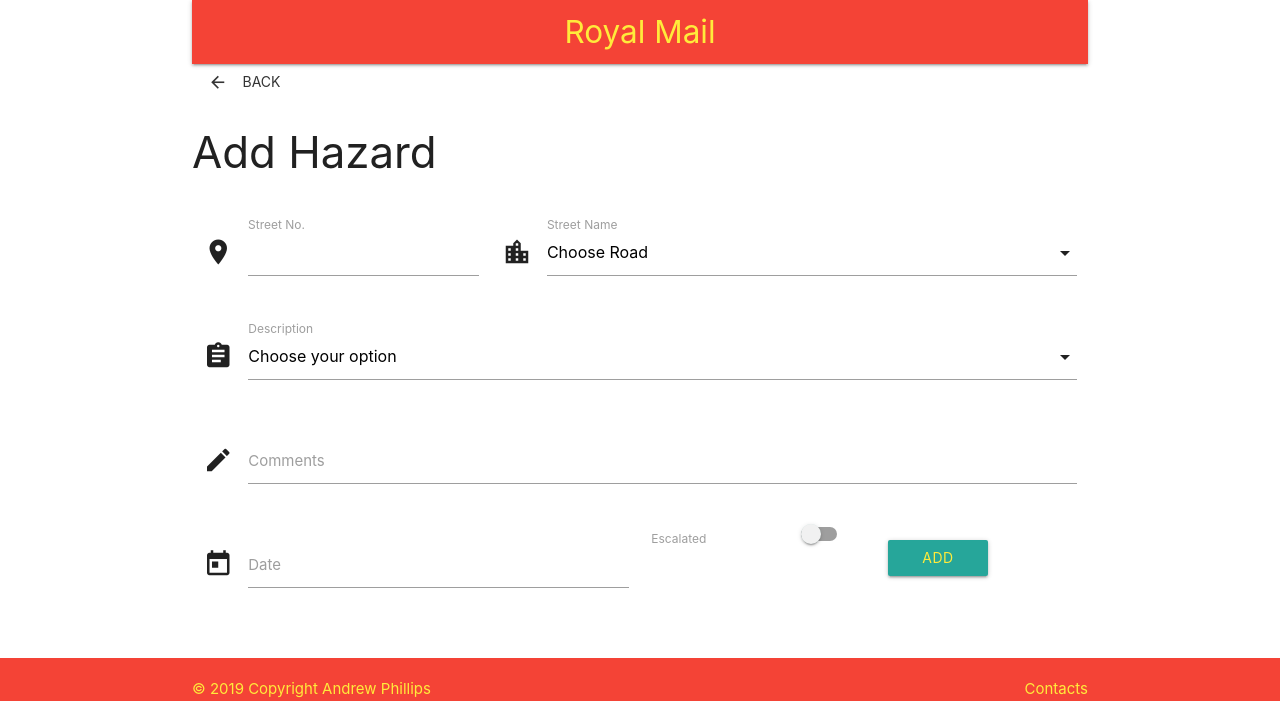
Repository: bandyp/Postal-Reminders
Page: http://localhost/add_hazard
The author's editor kept a record of every edit. The page is drawn from the files as they stood at one moment, then again after a run of edits.
The browser window is 1280 px wide. The pictures show the whole page.
The page is served by the project's application, run on Flask 3 (app.py). Queries for data that is not in the repository find no rows.

Above is the page before.

After the next 2 edits:
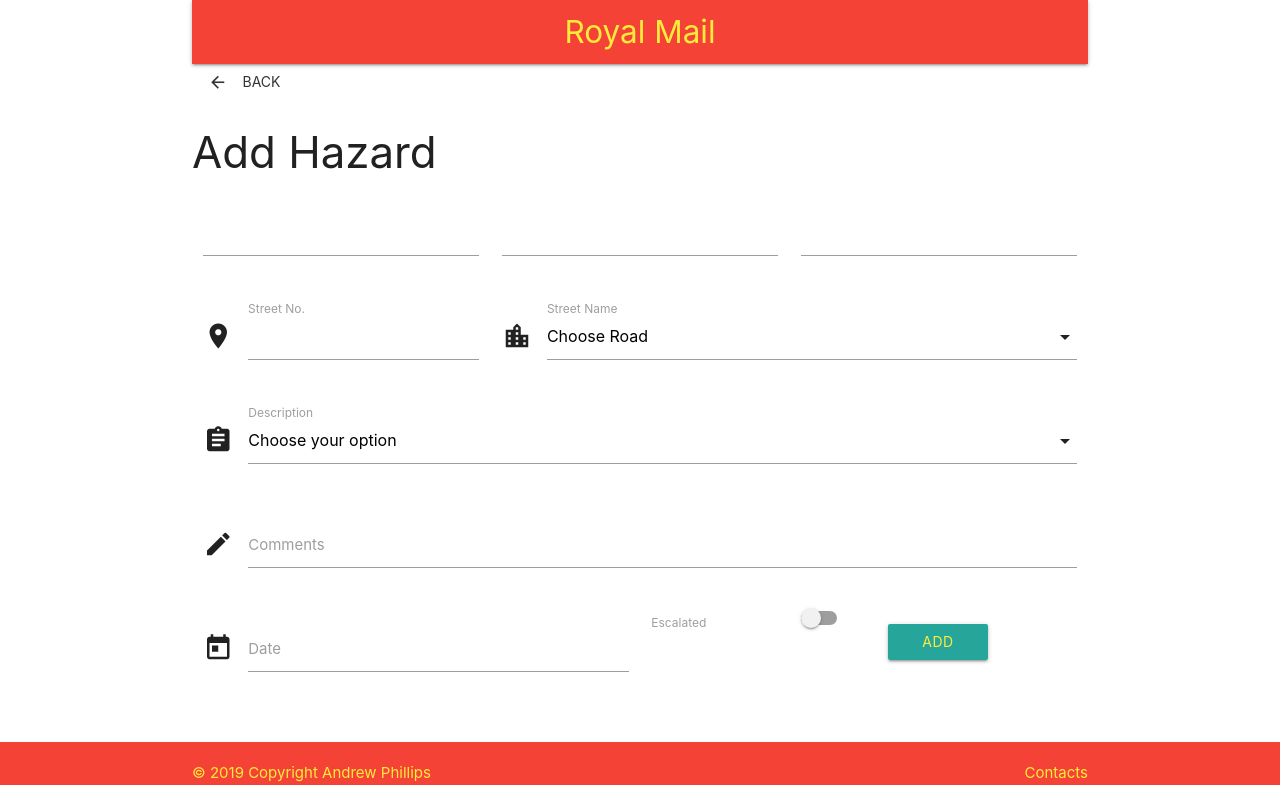
The 2 edits are shown as one change because 1 did not build or start.
The edit:
--- a/templates/addhazard.html
+++ b/templates/addhazard.html
@@ -12,7 +12,7 @@
     <!-- form to add a new hazard -->
     <form action="{{ url_for('add_hazard') }}" method="POST" class="col s12">
         <div class="row">
-           {% for login in logins %}
+
             <div class="input-field col s4">
                 <input value="{{login.reported_by}}" placeholder="{{login.reported_by}}" id="reported_by" name="reported_by" type="text" class="validate">
             </div>
@@ -22,7 +22,7 @@
              <div class="input-field col s4">
                 <input value="{{login.post_code}}" id="post_code" name="post_code" type="text" class="validate">
             </div>
-          {% endfor %}
+
         </div>
         <div class="row">
             <div class="input-field col s4">
